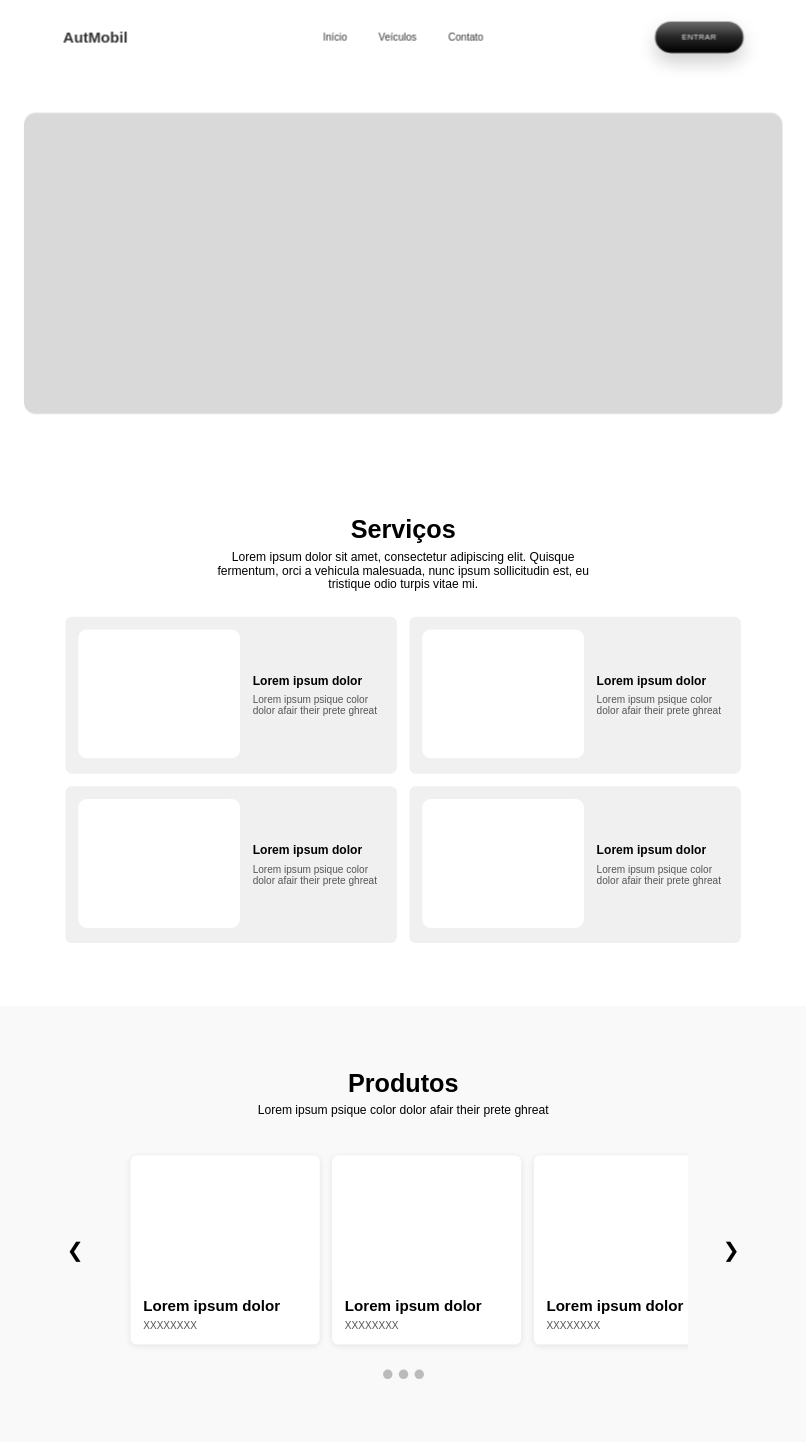
Repository: Matheus904-12/Reforma
Page: index.html
An editor plug-in stored every save of this project. The page is shown before and after the next save, followed by the edit.
The browser window is 1280 px wide. The pictures show the whole page, at 63% of full size.

Above is the page before, as saved 2024-08-01 19:29:00.

### index.html
<!DOCTYPE html>
<html lang="en">
<head>
    <meta charset="UTF-8">
    <meta name="viewport" content="width=device-width, initial-scale=1.0">
    <title>Automobil - Venda de Veículos</title>
    <link rel="stylesheet" href="styles.css">
</head>
<body>
    <header>
        <div class="navbar">
            <div class="logo">AutMobil</div>
            <nav class="nav-links">
                <a href="#home">Início</a>
                <a href="#veiculos">Veículos</a>
                <a href="#contato">Contato</a>
            </nav>
            <button class="btn">
                <span class="btn-text-one">Entrar</span>
                <span class="btn-text-two">Vamos Lá!</span>
            </button>
        </div>
    </header>
    <section class="hero">
        <img src="imagens/Rectangle 1.png" alt="Imagem de Veículos" class="hero-image">
    </section>
    <section class="servicos">
        <div class="servicos-header">
            <h2>Serviços</h2>
            <p class="description">Lorem ipsum dolor sit amet, consectetur adipiscing elit. Quisque fermentum, orci a vehicula malesuada, nunc ipsum sollicitudin est, eu tristique odio turpis vitae mi.</p>
        </div>
        <div class="cards-container">
            <div class="card">
                <div class="card-image"><img src="imagens/Rectangle 9.png" alt="Serviço 1"></div>
                <div class="card-content">
                    <h3>Lorem ipsum dolor</h3>
                    <p>Lorem ipsum psique color dolor afair their prete ghreat</p>
                </div>
            </div>
            <div class="card">
                <div class="card-image"><img src="imagens/Rectangle 9.png" alt="Serviço 2"></div>
                <div class="card-content">
                    <h3>Lorem ipsum dolor</h3>
                    <p>Lorem ipsum psique color dolor afair their prete ghreat</p>
                </div>
            </div>
            <div class="card">
                <div class="card-image"><img src="imagens/Rectangle 9.png" alt="Serviço 3"></div>
                <div class="card-content">
                    <h3>Lorem ipsum dolor</h3>
                    <p>Lorem ipsum psique color dolor afair their prete ghreat</p>
                </div>
            </div>
            <div class="card">
                <div class="card-image"><img src="imagens/Rectangle 9.png" alt="Serviço 4"></div>
                <div class="card-content">
                    <h3>Lorem ipsum dolor</h3>
                    <p>Lorem ipsum psique color dolor afair their prete ghreat</p>
                </div>
            </div>
        </div>
    </section>
    <section class="produtos">
        <div class="produtos-header">
            <h2>Produtos</h2>
            <p class="description2">Lorem ipsum psique color dolor afair their prete ghreat</p>
        </div>
        <div class="carrossel-container">
            <button class="carrossel-btn left-btn">&#10094;</button>
            <div class="carrossel">
                <div class="produto-card">
                    <div class="produto-image">
                        <img src="imagens/Rectangle 9.png" alt="Produto 1">
                    </div>
                    <div class="produto-content">
                        <h3>Lorem ipsum dolor</h3>
                        <p>XXXXXXXX</p>
                    </div>
                </div>
                <div class="produto-card">
                    <div class="produto-image">
                        <img src="imagens/Rectangle 9.png" alt="Produto 2">
                    </div>
                    <div class="produto-content">
                        <h3>Lorem ipsum dolor</h3>
                        <p>XXXXXXXX</p>
                    </div>
                </div>
                <div class="produto-card">
                    <div class="produto-image">
                        <img src="imagens/Rectangle 9.png" alt="Produto 3">
                    </div>
                    <div class="produto-content">
                        <h3>Lorem ipsum dolor</h3>
                        <p>XXXXXXXX</p>
                    </div>
                </div>
                <div class="produto-card">
                    <div class="produto-image">
                        <img src="imagens/Rectangle 9.png" alt="Produto 1">
                    </div>
                    <div class="produto-content">
                        <h3>Lorem ipsum dolor</h3>
                        <p>XXXXXXXX</p>
                    </div>
                </div>
                <div class="produto-card">
                    <div class="produto-image">
                        <img src="imagens/Rectangle 9.png" alt="Produto 2">
                    </div>
                    <div class="produto-content">
                        <h3>Lorem ipsum dolor</h3>
                        <p>XXXXXXXX</p>
                    </div>
                </div>
                <div class="produto-card">
                    <div class="produto-image">
                        <img src="imagens/Rectangle 9.png" alt="Produto 3">
                    </div>
                    <div class="produto-content">
                        <h3>Lorem ipsum dolor</h3>
                        <p>XXXXXXXX</p>
                    </div>
                </div>
                <div class="produto-card">
                    <div class="produto-image">
                        <img src="imagens/Rectangle 9.png" alt="Produto 1">
                    </div>
                    <div class="produto-content">
                        <h3>Lorem ipsum dolor</h3>
                        <p>XXXXXXXX</p>
                    </div>
                </div>
                <div class="produto-card">
                    <div class="produto-image">
                        <img src="imagens/Rectangle 9.png" alt="Produto 2">
                    </div>
                    <div class="produto-content">
                        <h3>Lorem ipsum dolor</h3>
                        <p>XXXXXXXX</p>
                    </div>
                </div>
                <div class="produto-card">
                    <div class="produto-image">
                        <img src="imagens/Rectangle 9.png" alt="Produto 3">
                    </div>
                    <div class="produto-content">
                        <h3>Lorem ipsum dolor</h3>
                        <p>XXXXXXXX</p>
                    </div>
                </div>
            </div>
            <button class="carrossel-btn right-btn">&#10095;</button>
        </div>
        <div class="indicator">
            <span class="dot"></span>
            <span class="dot"></span>
            <span class="dot"></span>
        </div>
    </section>
</body>
</html>

### styles.css
body {
    margin: 0;
    font-family: Arial, sans-serif;
}

header {
    position: relative;
    width: 100%;
}

.navbar {
    display: flex;
    justify-content: center;
    align-items: center;
    padding: 20px 50px;
    background: rgba(255, 255, 255, 0.5);
    border-radius: 25px;
    backdrop-filter: blur(10px);
    transition: all 0.3s ease-in-out;
    margin: 20px 50px;
    position: relative;
}

.navbar.scrolled {
    background: rgba(255, 255, 255, 0.8);
    backdrop-filter: blur(15px);
}

.logo {
    position: absolute;
    left: 50px;
    font-size: 1.5em;
    color: #333;
    font-weight: bold;
}

.nav-links {
    list-style: none;
    display: flex;
    gap: 20px;
}

.nav-links a {
    text-decoration: none;
    color: #333;
    padding: 10px 15px;
    border-radius: 15px;
    transition: background 0.3s, color 0.3s;
}

.nav-links a:hover {
    background: #333;
    color: #fff;
}

.btn {
    width: 140px;
    height: 50px;
    background: linear-gradient(to top, #000000, #272727, #6d6d6d);
    color: #fff;
    border-radius: 50px;
    border: none;
    outline: none;
    cursor: pointer;
    position: relative;
    box-shadow: 0 15px 30px rgba(0, 0, 0, 0.2);
    overflow: hidden;
    position: absolute;
    right: 50px;
    text-decoration: none; /* Para remover o sublinhado do link */
    display: flex;
    justify-content: center;
    align-items: center;
}

.btn span {
    font-size: 12px;
    text-transform: uppercase;
    letter-spacing: 1px;
    transition: top 0.5s;
}

.btn-text-one {
    position: absolute;
    width: 100%;
    top: 50%;
    left: 0;
    transform: translateY(-50%);
}

.btn-text-two {
    position: absolute;
    width: 100%;
    top: 150%;
    left: 0;
    transform: translateY(-50%);
}

.btn:hover .btn-text-one {
    top: -100%;
}

.btn:hover .btn-text-two {
    top: 50%;
}

.btn:active {
    transform: translateY(1px); /* Efeito de afundar ao clicar */
}

.hero {
    position: relative;
    width: 100%;
    height: 600px; /* Ajuste a altura conforme necessário */
    overflow: hidden;
    display: flex;
    justify-content: center;
    align-items: center;
}

.hero-image {
    width: 94%;
    height: auto;
    object-fit: cover;
}

.servicos {
    padding: 100px;
}

.servicos-header {
    display: flex;
    flex-direction: column;
    align-items: center;
    margin-bottom: 40px;
}

.servicos h2 {
    font-size: 2.5em;
    margin: 0 0 10px 0;
}

.description {
    font-size: 1.2em;
    max-width: 600px;
    text-align: center;
    margin: 0;
}

.cards-container {
    display: flex;
    flex-wrap: wrap;
    justify-content: center;
    gap: 20px;
}

.card {
    display: flex;
    align-items: center;
    background-color: #f0f0f0;
    padding: 20px;
    border-radius: 10px;
    width: 45%;
}

.card-image img {
    width: 257px;
    height: 205px;
    border-radius: 10px;
    margin-right: 20px;
}

.card-content {
    text-align: left;
}

.card-content h3 {
    margin: 0 0 10px 0;
    font-size: 1.2em;
}

.card-content p {
    margin: 0;
    color: #555;
}

.produtos {
    padding: 100px;
    background-color: #f9f9f9;
}

.produtos-header {
    display: flex;
    flex-direction: column;
    align-items: center;
    margin-bottom: 40px;
}

.produtos h2 {
    font-size: 2.5em;
    margin: 0 0 10px 0;
}

.description2 {
    font-size: 1.2em;
    max-width: 600px;
    text-align: center;
    margin: 0;
}

.carrossel-container {
    position: relative;
    display: flex;
    justify-content: center;
    align-items: center;
}

.carrossel {
    display: flex;
    overflow-x: auto;
    scroll-behavior: smooth;
    gap: 20px;
    padding: 20px;
    width: 80%;
}

.carrossel-btn {
    position: absolute;
    top: 50%;
    transform: translateY(-50%);
    font-size: 2em;
    background: none;
    border: none;
    cursor: pointer;
    z-index: 10;
}

.left-btn {
    left: 0;
}

.right-btn {
    right: 0;
}

.produto-card {
    flex: 0 0 300px;
    background-color: #fff;
    border-radius: 10px;
    box-shadow: 0 2px 10px rgba(0, 0, 0, 0.1);
    overflow: hidden;
}

.produto-image img {
    width: 100%;
    height: 200px;
    object-fit: cover;
}

.produto-content {
    padding: 20px;
}

.produto-content h3 {
    margin: 0 0 10px 0;
    font-size: 1.5em;
}

.produto-content p {
    margin: 0;
    color: #555;
}

.indicator {
    display: flex;
    justify-content: center;
    margin-top: 20px;
}

.dot {
    height: 15px;
    width: 15px;
    margin: 0 5px;
    background-color: #bbb;
    border-radius: 50%;
    display: inline-block;
    transition: background-color 0.6s ease;
}

.dot.active {
    background-color: #717171;
}

After the next save:
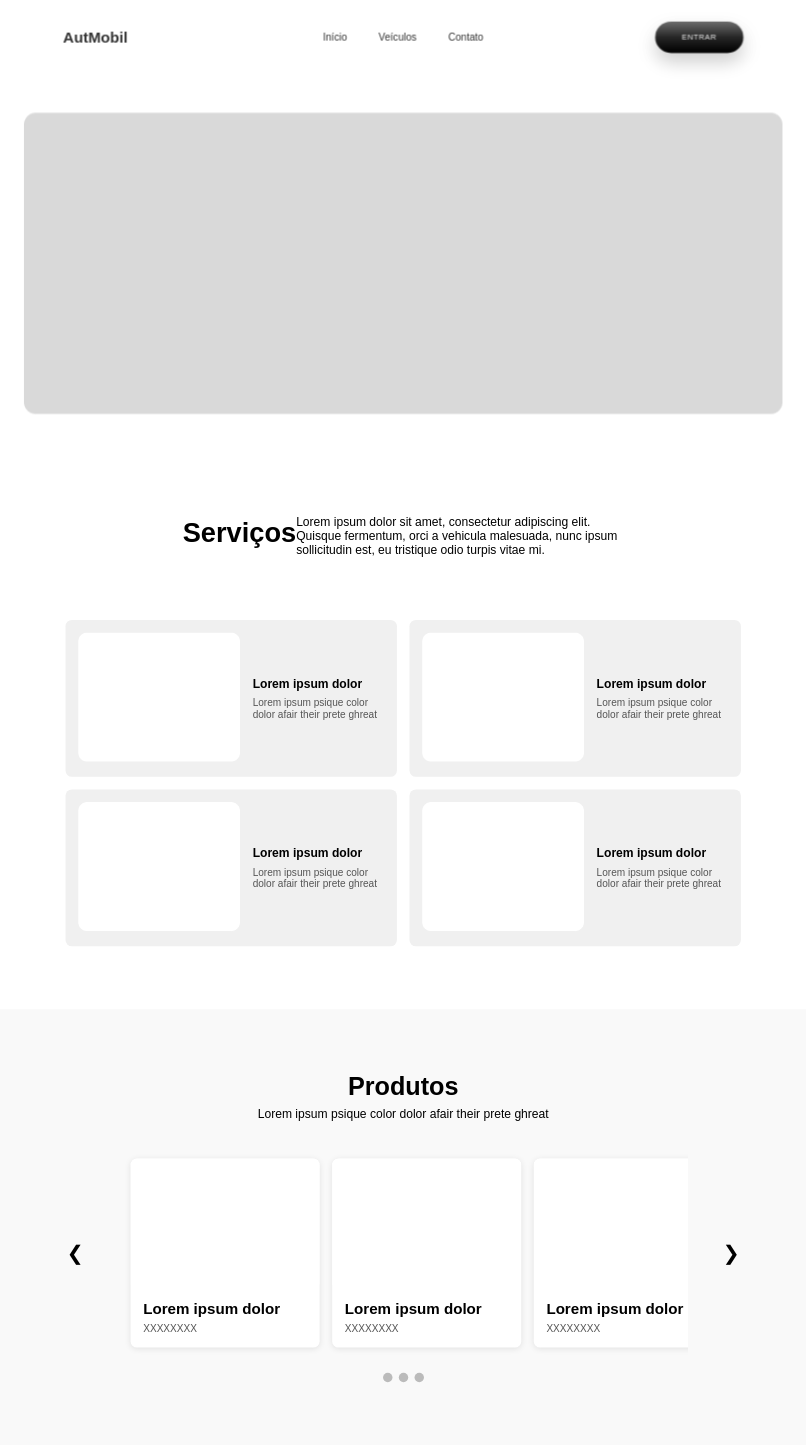
Saved 2 min 41 s later.
--- a/styles.css
+++ b/styles.css
@@ -130,21 +130,35 @@ header {
 
 .servicos-header {
     display: flex;
-    flex-direction: column;
-    align-items: center;
-    margin-bottom: 40px;
+    justify-content: space-between;
+    align-items: center;
+    margin-bottom: 100px;
+}
+
+.produtos-header {
+    display: flex;
+    justify-content: space-between;
+    align-items: center;
+    margin-bottom: 100px;
 }
 
 .servicos h2 {
-    font-size: 2.5em;
-    margin: 0 0 10px 0;
+    font-size: 2.7em;
+    margin: 0 0 10px 0; /* Ajuste a margem inferior para aproximar do parágrafo */
+    margin-left: 190px;
 }
 
 .description {
     font-size: 1.2em;
     max-width: 600px;
-    text-align: center;
-    margin: 0;
+    margin: 0;
+    margin-right: 190px;
+}
+.description2 {
+    font-size: 1.2em;
+    max-width: 600px;
+    margin: 0;
+    margin-right: 320px;
 }
 
 .cards-container {
